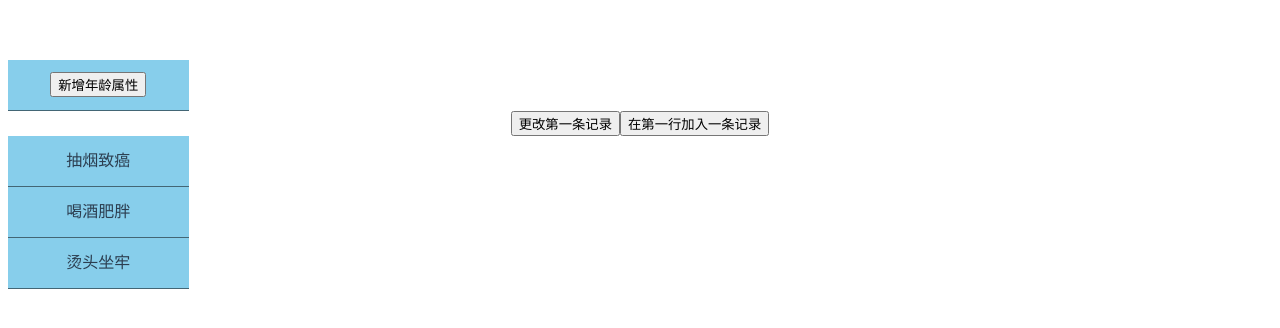
Repository: sunboxsoft/vue-key_Vue.set_parser-babylon
Page: /#/ComprehensicePractise
These files come from the project's save history. The page is drawn as it stood at one moment and after the next save; the edit follows.
The browser window is 1280 px wide. The pictures show the whole page.
The project was rebuilt for these pictures with package versions that can differ from the ones it lists, and the page was loaded fresh each time. Also part of the build but not shown: src/components/HelloWorld.vue.

Above is the page before, as saved 2022-05-14 07:45:27.

### index.html
<!DOCTYPE html>
<html>
  <head>
    <meta charset="utf-8">
    <meta name="viewport" content="width=device-width,initial-scale=1.0">
    <title>vue-key</title>
  </head>
  <body>
    <div id="app"></div>
    <!-- built files will be auto injected -->
  </body>
</html>

### src/router/index.js
import Vue from 'vue'
import Router from 'vue-router'
import HelloWorld from '@/components/HelloWorld'
import CaculateRate from '@/components/CaculateRate'
import ComprehensicePractise from '@/components/ComprehensicePractise'
Vue.use(Router)

export default new Router({
    routes: [{
        path: '/',
        name: 'HelloWorld',
        component: HelloWorld
    }, {
        path: '/CaculateRate',
        name: 'CaculateRate',
        component: CaculateRate
    }, {
        path: '/ComprehensicePractise',
        name: 'ComprehensicePractise',
        component: ComprehensicePractise
    }]
})

### src/components/CaculateRate.vue
<template>
  <section class="CaculateRate">
    <ul>
      <li>File</li>
      <li>code</li>
      <li>comment</li>
      <li>blank</li>
      <li>total</li>
      <li>comment Rate</li>
      <li>comment Absent</li>
      <template v-for="item in dataSource">
        <li v-for="(itemChild, index) in Object.keys(item)" :key="index">
          <input
            v-if="['comment', 'total'].indexOf(itemChild) >= 0"
            type="text"
            v-model="item[itemChild]"
          />
          <template v-else> {{ item[itemChild] }}</template>
        </li>
        <li>
          {{ toPercent(item.comment / item.total) }}
        </li>
        <li :class="[{'red':item.comment / item.total<0.15}]">
          {{ Math.ceil((0.15 - item.comment / item.total) * item.total)>0?Math.ceil((0.15 - item.comment / item.total) * item.total) :0}}
        </li>
      </template>
    </ul>
  </section>
</template>

<script>
export default {
  name: "CaculateRate",
  data() {
    return {
      dataSource: [
        {
          File: "VFormDesignerModal.vue",
          code: 181,
          comment: 25,
          blank: 0,
          total: 206
        }
      ]
    };
  },
  components: {},
  watch: {},
  mounted() {},
  methods: {
    toPercent(point) {
      var percent = Number(point * 100).toFixed(2);
      percent += "%";
      return percent;
    }
  }
};
</script>

<style>
ul {
  list-style: none;
  padding: 0;
  margin: 0;
  display: flex;
  flex-wrap: wrap;
}
li:nth-child(-n + 7) {
  background-color: skyblue;
}
li {
  width: calc(100% / 7);
  line-height: 50px;
  border-bottom: 1px solid rgb(0, 0, 0, 0.5);
}
.red {
  color: red;
}
</style>

### src/components/ComprehensicePractise.vue
<template>
  <section class="ComprehensicePractise">
    <ul>
      <li><button @click="addAge">新增年龄属性</button></li>
      <li v-if="student.age">年龄{{ student.age }}</li>
    </ul>

    <!-- 操作数组 -->
    <button @click="changeOneRecord">更改第一条记录</button>
    <button @click.once="addOneRecord">在第一行加入一条记录</button>
    <ul>
      <li v-for="item in student.hobby" :key="item">
        {{ item }}
      </li>
    </ul>
  </section>
</template>

<script>
import Vue from "vue";
export default {
  name: "ComprehensicePractise",
  data() {
    return {
      student: {
        hobby: ["抽烟致癌", "喝酒肥胖", "烫头坐牢"]
      }
    };
  },
  components: {},
  watch: {},
  mounted() {},
  methods: {
    // 改变一条记录
    changeOneRecord() {
      //this.hobby[0]='学习'  //不生效
      // 方法一
      //this.hobby.splice(0,1,'学习')
      // 方法二
      this.$set(this.student.hobby, 0, "学习");
    },
    addOneRecord(){
        this.student.hobby.unshift('居家办公')
    },
    addAge() {
      // 两种新增属性的方式
      Vue.set(this.student, "age", 77);
      this.$set(this.student, "age", 88);
    }
  }
};
</script>

<style>
ul {
  list-style: none;
  padding: 0;
  margin: 0;
  display: flex;
  flex-direction: column;
}
li {
  flex: 1;
  line-height: 50px;
}
</style>

Loaded but not shown: src/main.js (common file); src/App.vue (common file)

After the next save:
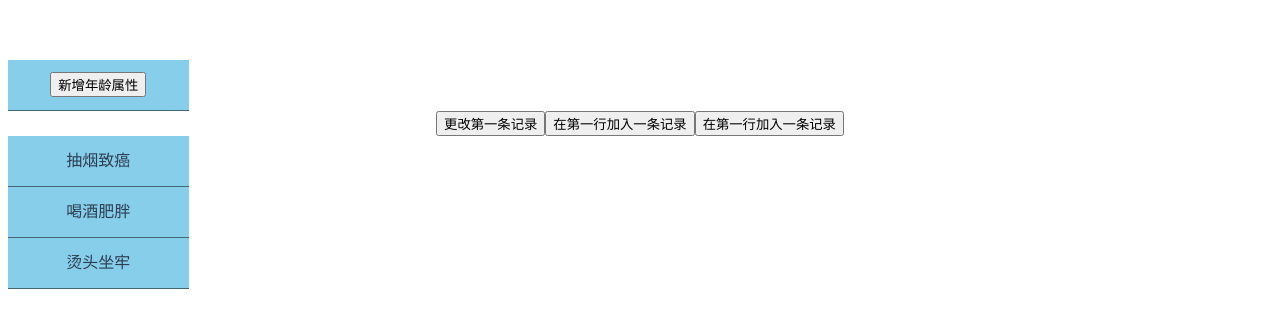
Saved 44 s later.
--- a/src/components/ComprehensicePractise.vue
+++ b/src/components/ComprehensicePractise.vue
@@ -8,6 +8,7 @@
     <!-- 操作数组 -->
     <button @click="changeOneRecord">更改第一条记录</button>
     <button @click.once="addOneRecord">在第一行加入一条记录</button>
+     <button @click.once="addOneLastRecord">在第一行加入一条记录</button>
     <ul>
       <li v-for="item in student.hobby" :key="item">
         {{ item }}
